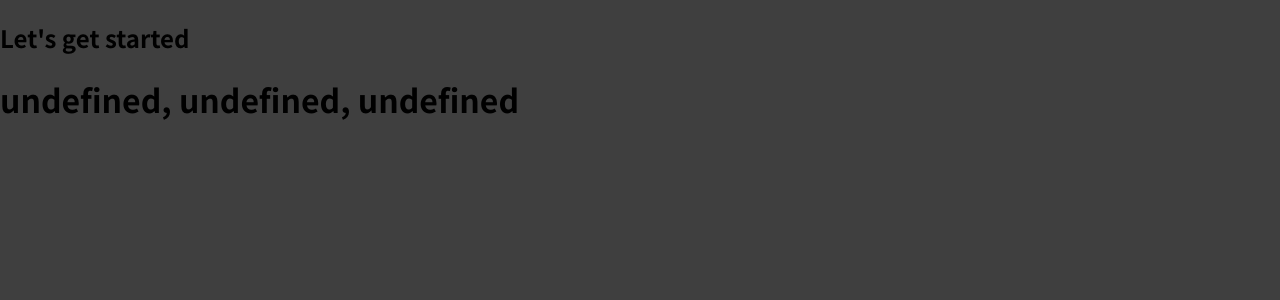
Repository: runner855/expense-tracker
Page: /
An editor plug-in stored every save of this project. The page is shown before and after the next save, followed by the edit.
The browser window is 1280 px wide. The pictures show the whole page.
The project was rebuilt for these pictures with package versions that can differ from the ones it lists, and the page was loaded fresh each time. Also part of the build but not shown: src/styles/ExpenseItem.css.

Above is the page before, as saved 2022-09-02 12:50:29.

### src/index.js
import React from 'react';
import ReactDOM from 'react-dom/client';
import expenses from './data/expenses.json';
import './styles/index.css';
import App from './components/App';

const root = ReactDOM.createRoot(document.getElementById('root'));
root.render(
  <React.StrictMode>
    <App expenses={expenses.expense} location={expenses.location} />
  </React.StrictMode>
);

### src/data/expenses.json
{
  "location": {
    "city": "Manchester",
    "country": "UK"
  },
  "expense": [
    {
      "id": "e1",
      "title": "Toilet Paper",
      "amount": 94.12,
      "date": "new Date(2020, 7, 14)"
    },
    {
      "id": "e2",
      "title": "New TV",
      "amount": 799.49,
      "date": "new Date(2021, 2, 12)"
    },
    {
      "id": "e3",
      "title": "Car Insurance",
      "amount": 294.67,
      "date": "new Date(2021, 2, 28)"
    },
    {
      "id": "e4",
      "title": "New Desk (Wooden)",
      "amount": 450,
      "date": "new Date(2021, 5, 12)"
    }
  ]
}

### src/components/App.js
import React from 'react';
import ExpenseItem from '../components/ExpenseItem';


const App = (props) => {
  console.log(props)





  return (
    <div className="App">
      <h2>Let's get started</h2>
      <ExpenseItem />



    </div>
  );
}

export default App;

### src/components/ExpenseItem.js
import React from 'react';
import '../styles/ExpenseItem.css'


const ExpenseItem = (props) => {

  const { date, title, amount } = props;

  return <h1>{`${date}, ${title}, ${amount}`}</h1>;
}

export default ExpenseItem;

Loaded but not shown: public/index.html (common file); src/styles/index.css (common file)

After the next save:
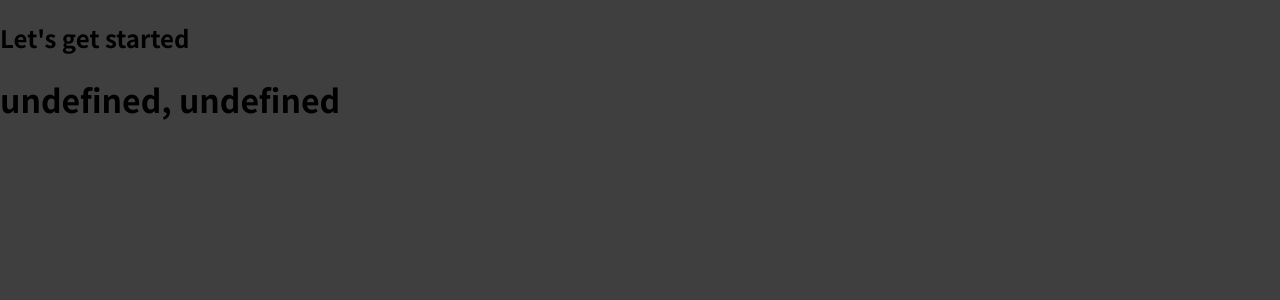
Saved 43 s later.
--- a/src/components/ExpenseItem.js
+++ b/src/components/ExpenseItem.js
@@ -4,9 +4,9 @@ import '../styles/ExpenseItem.css'
 
 const ExpenseItem = (props) => {
 
-  const { date, title, amount } = props;
+  const { city, country } = props;
 
-  return <h1>{`${date}, ${title}, ${amount}`}</h1>;
+  return <h1>{`${city}, ${country}`}</h1>;
 }
 
 export default ExpenseItem;
